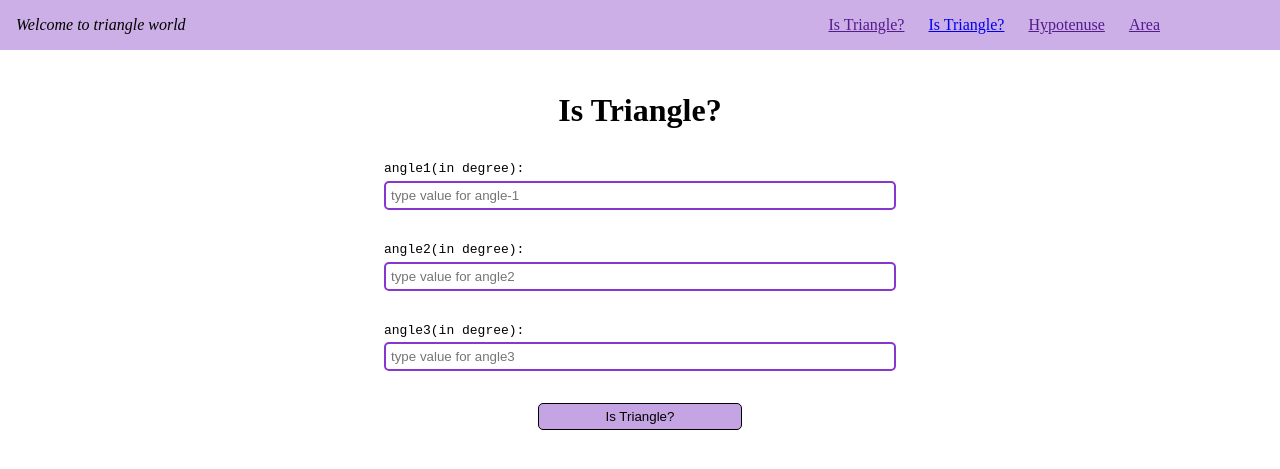
Repository: patelamancode/Fun-with-trianles
Page: index.html
These files come from the project's save history. The page is drawn as it stood at one moment and after the next save; the edit follows.
The browser window is 1280 px wide. The pictures show the whole page.

Above is the page before, as saved 2022-11-28 18:26:35.

After the next save:
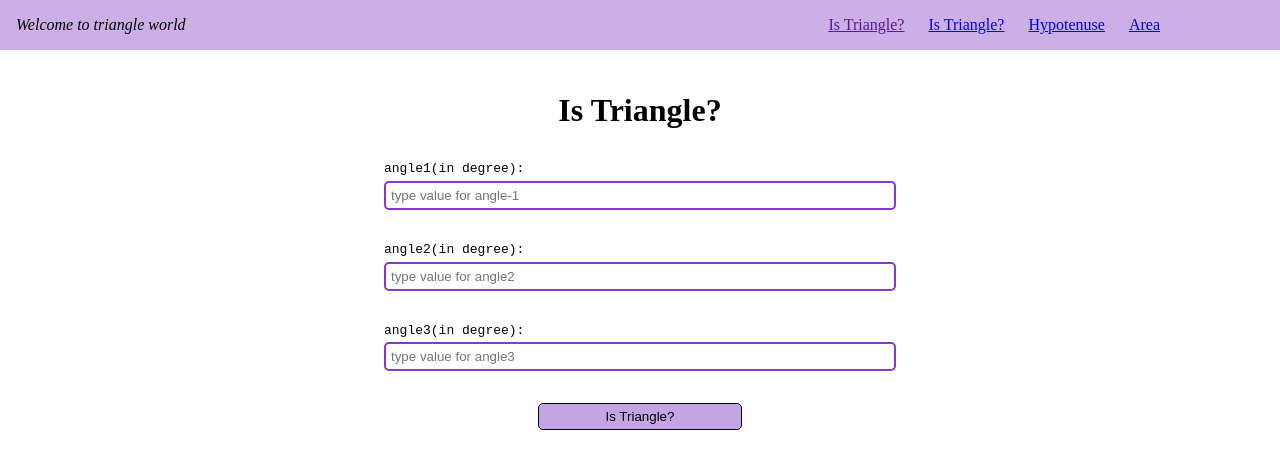
Saved 24 s later.
--- a/index.html
+++ b/index.html
@@ -15,12 +15,8 @@
         <div id="nav-links">
             <a href="" id="Is-triangle">Is Triangle?</a>
             <a href="quiz.html" id="Is-triangle">Is Triangle?</a>
-            <a href="" id="hypo">Hypotenuse</a>
-            <a href="" id="area">Area</a>
-            <!-- <p id="Is-triangle">Is Triangle?</p>
-            <p id="quiz">Quiz</p>
-            <p id="hypo">Hypotenuse</p>
-            <p id="area">Area</p> -->
+            <a href="hypotenuse.html" id="hypo">Hypotenuse</a>
+            <a href="area.html" id="area">Area</a>
         </div>
     </nav>
     <div id="main-container">
